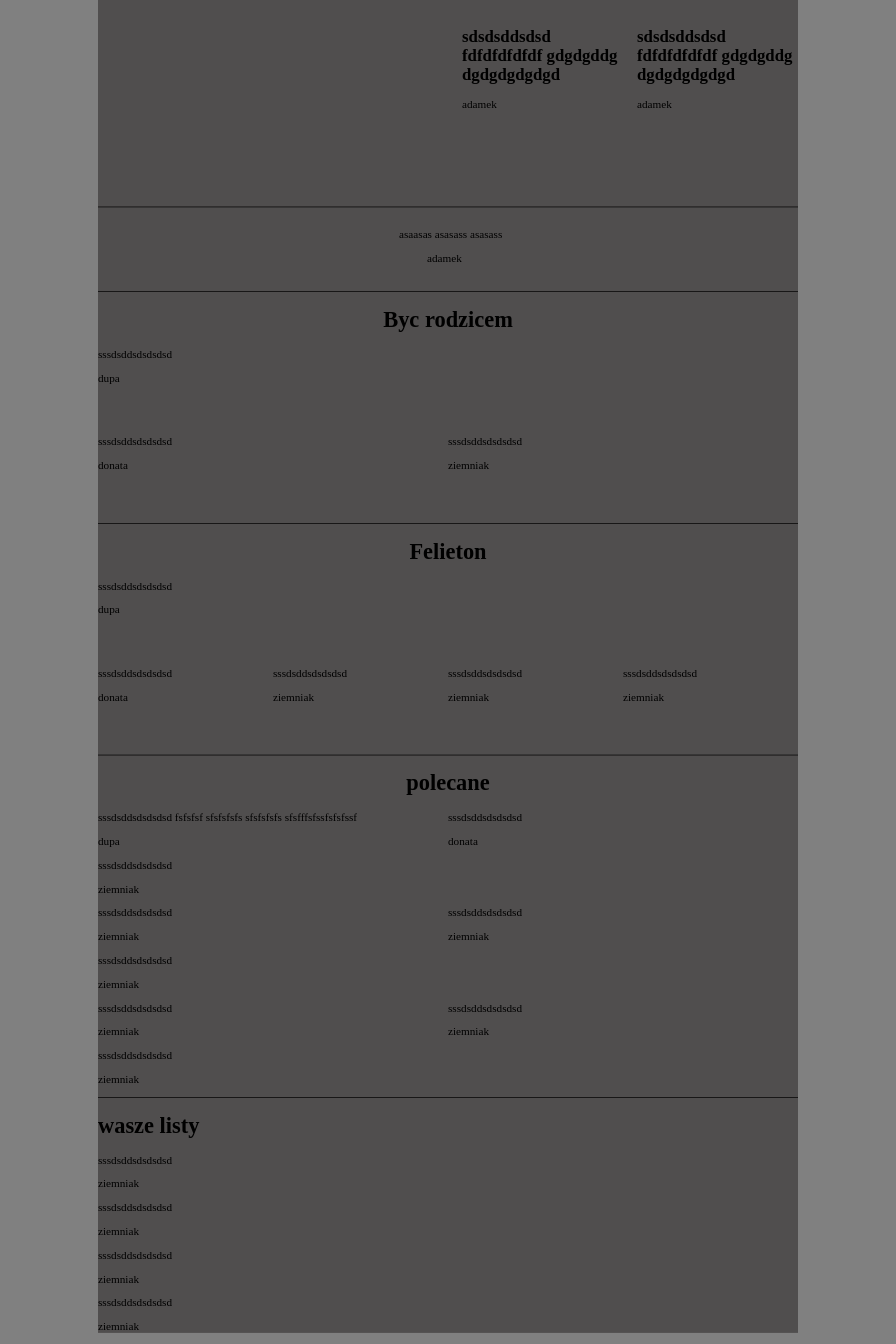
Repository: kq333/pitupitu.pl
Page: index.html
These files come from the project's save history. The page is drawn as it stood at one moment and after the next save; the edit follows.
The browser window is 1280 px wide. The pictures show the part of the page from y = 723 to 2643 px (the page is 2643 px tall), at 70% of full size.
The style sheet was rebuilt from its Sass, Less or Tailwind sources for each picture, by a compiler version that may differ from the author's.

Above is the page before, as saved 2020-11-04 12:52:28.

### index.html
<!DOCTYPE html>
<html lang="en">
<head>
    <meta charset="UTF-8">
    <meta name="viewport" content="width=device-width, initial-scale=1.0">
    <title>Document</title>
    <link rel="stylesheet" href="style/style.css">
</head>
<body>


<div id="container">
  <div id="content">
    <div id=bar>
        <ul class="ul_bar">Wyborcza
            <li>sdsd</li>
            <li>sdsd</li>
            <li>sdsd</li>
            <li>sdsd</li>
            <li>sdsd</li>
            <li>sdsd</li>
            <li>sdsd</li>
        </ul>
        <div class="loging">
            Logowanie
        </div>
    </div>
            <div id="logo"><p>Wysokie Obcasy</p>
                <ul class="ul_bar2">
                    <li>fdf</li>
                    <li>gccvcv</li>
                    <li>hghhgh</li>
                    <li>asaseerr</li>
                    <li>jljkj</li>
                    <li>wewewe</li>
                    <li>hghghh</li>
                </ul>


            </div>


           <div>

                <div class="block_1">
                    <div class="art1">
                        <article>
                        <h1>sdsdsddsdsd fdfdfdfdfdf gdgdgddg dgdgdgdgdgd</h1>


                            <p class="autor_name">adamek</p>
                        </article>
                    </div>

                    <div class="art2">
                            <article>
                                <h1>sdsdsddsdsd fdfdfdfdfdf gdgdgddg dgdgdgdgdgd</h1>


                                <p class="autor_name">adamek</p>
                            </article>
                     </div>
                     <div class="art3">
                            <article>
                                <h1>sdsdsddsdsd fdfdfdfdfdf gdgdgddg dgdgdgdgdgd</h1>


                                <p class="autor_name">adamek</p>
                            </article>
                      </div>
                      <div class="art4">
                            <article>
                                <h1>sdsdsddsdsd fdfdfdfdfdf gdgdgddg dgdgdgdgdgd</h1>


                                <p class="autor_name">adamek</p>
                            </article>
                       </div>
                            <div class="art5">
                                <article>
                                    <h1>sdsdsddsdsd fdfdfdfdfdf gdgdgddg dgdgdgdgdgd</h1>


                                    <p class="autor_name">adamek</p>
                                </article>
                            </div>
                                 <div class="art6">
                                    <article>
                                        <h1>sdsdsddsdsd fdfdfdfdfdf gdgdgddg dgdgdgdgdgd</h1>


                                        <p class="autor_name">adamek</p>
                                    </article>
                                 </div>
                                    <div class="art7">

                                        <article>
                                            <h1>sdsdsddsdsd fdfdfdfdfdf gdgdgddg dgdgdgdgdgd</h1>


                                            <p class="autor_name">adamek</p>
                                        </article>
                                    </div>

                                    <div class="art8">
                                            <article>
                                                <h1>sdsdsddsdsd fdfdfdfdfdf gdgdgddg dgdgdgdgdgd</h1>


                                                <p class="autor_name">adamek</p>
                                            </article>
                                    </div>
                                        <div class="art9">
                                                <article>

                                                    <h1>sdsdsddsdsd fdfdfdfdfdf gdgdgddg dgdgdgdgdgd</h1>


                                                    <p class="autor_name">adamek</p>
                                                </article>
                                        </div>
                </div>


                     <div class="quotes">
                         <p1>asaasas asasass asasass</p1>

                        <p class="autor_name">adamek</p>

                    </div>





                  <div class="section">
                    <header>
                        <h1>Byc rodzicem</h1>

                    </header>
                    </div>


                        <section class="family">


                                <div class="art10">
                                    <article> sssdsddsdsdsdsd
                                        <p class="autor_name">dupa</p>

                                    </article>

                                </div>
                                <div class="art11">
                                        <article> sssdsddsdsdsdsd
                                            <p class="autor_name">donata</p>

                                        </article>
                                </div>
                                    <div class="art12">
                                            <article> sssdsddsdsdsdsd
                                                <p class="autor_name">ziemniak</p>

                                            </article>
                                    </div>

                        </section>

                        <div class="section">
                        <header>
                            <h1>Felieton</h1>
                        </header>
                    </div>

                        <section class="column">

                            <div class="art13">
                                    <article> sssdsddsdsdsdsd
                                        <p class="autor_name">dupa</p>

                                    </article>

                            </div>
                                <div class="art14">
                                    <article> sssdsddsdsdsdsd
                                        <p class="autor_name">donata</p>

                                    </article>
                                </div>
                                     <div class="art15">
                                        <article> sssdsddsdsdsdsd
                                            <p class="autor_name">ziemniak</p>

                                        </article>
                                    </div>

                                        <div class="art16">
                                            <article> sssdsddsdsdsdsd
                                                <p class="autor_name">ziemniak</p>

                                            </article>
                                        </div>

                                        <div class="art17">
                                            <article> sssdsddsdsdsdsd
                                                <p class="autor_name">ziemniak</p>

                                            </article>
                                        </div>

                        </section>
                        <div class="section">
                        <header>
                            <h1>polecane</h1>

                        </header>
                    </div>

                            <section class="recommended">


                                    <div class="art18">
                                        <article> sssdsddsdsdsdsd
                                            fsfsfsf sfsfsfsfs sfsfsfsfs
                                            sfsfffsfssfsfsfssf
                                            <p class="autor_name">dupa</p>

                                        </article>
                                    </div>
                                        <div class="art19">
                                            <article> sssdsddsdsdsdsd
                                                <p class="autor_name">donata</p>

                                            </article>
                                        </div>
                                            <div class="art20">

                                                <article> sssdsddsdsdsdsd
                                                    <p class="autor_name">ziemniak</p>
                                                </article>
                                            </div>
                                                <div class="art21">
                                                    <article> sssdsddsdsdsdsd
                                                        <p class="autor_name">ziemniak</p>
                                                    </article>
                                                </div>
                                                    <div class="art22">
                                                        <article> sssdsddsdsdsdsd
                                                            <p class="autor_name">ziemniak</p>


                                                        </article>
                                                    </div>
                                                        <div class="art23">
                                                            <article> sssdsddsdsdsdsd
                                                                <p class="autor_name">ziemniak</p>


                                                            </article>
                                                        </div>

                                                            <div class="art24">
                                                                <article> sssdsddsdsdsdsd
                                                                    <p class="autor_name">ziemniak</p>


                                                                </article>
                                                            </div>
                                                                <div class="art25">
                                                                    <article> sssdsddsdsdsdsd
                                                                        <p class="autor_name">ziemniak</p>


                                                                    </article>
                                                                </div>
                                                                <div class="art26">
                                                            <article> sssdsddsdsdsdsd
                                                                <p class="autor_name">ziemniak</p>


                                                            </article>
                                                            </div>



                            </section>
                            <header>
                                <h1>wasze listy</h1>

                            </header>

                            <section>


                                <article> sssdsddsdsdsdsd
                                    <p class="autor_name">ziemniak</p>


                                </article>

                                <article> sssdsddsdsdsdsd
                                    <p class="autor_name">ziemniak</p>


                                </article>

                                <article> sssdsddsdsdsdsd
                                    <p class="autor_name">ziemniak</p>


                                </article>

                                <article> sssdsddsdsdsdsd
                                    <p class="autor_name">ziemniak</p>


                                </article>


                            </section>

                            <footer>


                            </footer>



















































           </main>



  </div>




















</div>
</body>
</html>

### style/style.scss
body{
    background-color: grey;


}
#constainer{
    height: auto;
}

#content{
    margin:auto;
    background-color: rgb(80, 78, 78);
    width:1000px;

}


.ul_bar{
    width:960px;
    height: 40px;
    border-bottom: 1px solid black;


    li{
        list-style-type: none;
    }


}

#bar{
    display:grid;
    grid-template-columns: auto auto;
    width:1000px;



}

#logo{
    border-bottom: 1px solid black;
    width:1000px;
    height: 120px;
    p{
        margin-left:480px;
    }

    .ul_bar2{
        list-style-type: none;
        display:inline-flex;
        gap:55px;
        margin-left:170px;
    }
}

.block_1{
    width:1000px;
    height: auto;
    display:grid;
    grid-template-columns: 500px auto auto;
    .art1{
    grid-row-start: 1;
    grid-row-end: 9;
    height: 800px;;
    }
    gap: 20px;
}

.quotes{
    width: 940px;
    height: 60px;
    border-bottom: 1px solid black;
    border-top: 1px solid black;
    padding:30px;

    p1{
        margin-left: 400px;
        margin-top:130px;
    }
    p{
        margin-left: 440px;
    }

}

.section{
    text-align: center;
}
.family{
    width:1000px;
    height: 250px;
    border-bottom: 1px solid black;
    display:grid;
    grid-template-columns: auto auto;
    grid-template-areas: "art10 art10"
                          "art11 art12"  ;

.art10{
grid-area: art10;


}
.art11{
grid-area: art11;
}

.art12{
grid-area: art12;
}


}

.column{
    width:1000px;
    height: 250px;
    border-bottom: 1px solid black;
    display:grid;
    grid-template-columns: auto auto auto;
    grid-template-areas: "art13 art13 art13 art13"
                         " art14 art15 art16 art17"   ;

    .art13{

        grid-area: art13;


            }
    .art14{
        grid-area: art14;

     }

    .art15{
        grid-area: art15;
     }

     .art16{
        grid-area: art16;
     }

     .art17{
        grid-area: art17;
     }

    h1{
        margin-left:500px;

        }

}


.recommended{
    width:1000px;
    height: auto;
    border-bottom: 1px solid black;
    display:grid;
    grid-template-columns: repeat(2, 1fr);
    grid-template-areas: " art18   art19"
                         " art20   art19"
                         " art21  art22"
                         " art23  art22"
                         " art24  art25"
                         " art26  art25"
                         ;




.art18{
grid-area:art18;


}

.art19{
grid-area: art19;

 }

.art20{
grid-area: art20;


 }

.art21{
grid-area: art21;
 }

.art22{
grid-area: art22;
 }

.art23{
grid-area: art23;
 }

.art24{
grid-area: art24;

 }

.art25{
grid-area: art25;
 }

.art26{
grid-area: art26;
 }
};

After the next save:
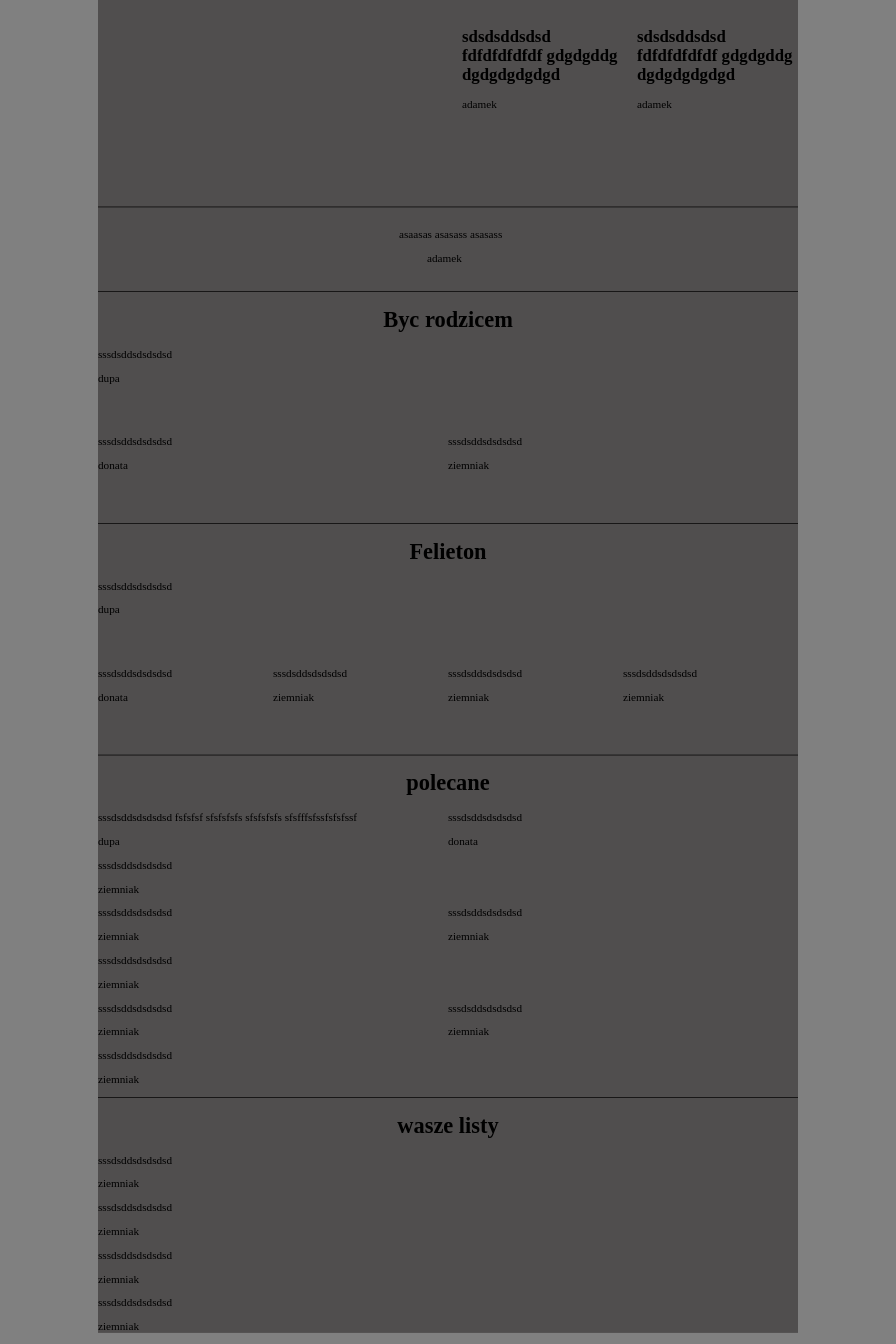
Saved 60 s later.
--- a/index.html
+++ b/index.html
@@ -284,11 +284,13 @@
 
 
                             </section>
+
+                            <div class="section">
                             <header>
                                 <h1>wasze listy</h1>
 
                             </header>
-
+                            </div>
                             <section>
 
 
